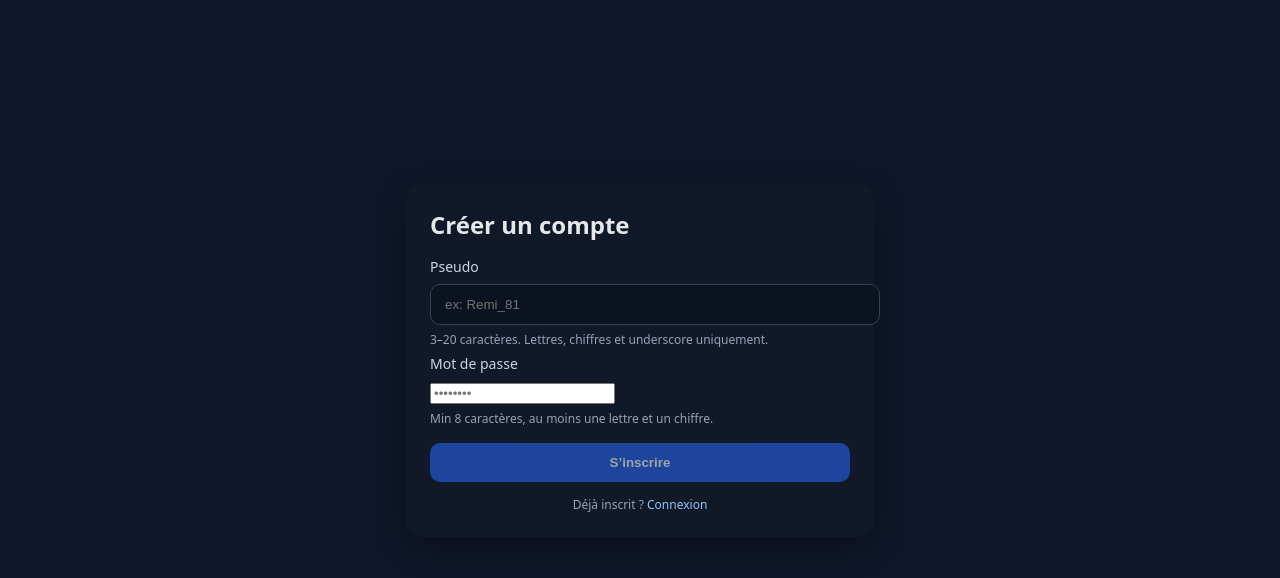
Repository: remi77130/loi-direct
Page: http://localhost/loi/register.php
These files come from the project's save history. The page is drawn as it stood at one moment and after the next save; the edit follows.
The browser window is 1280 px wide. The pictures show the whole page.
The page is run by PHP 8.4 with error messages shown; the project is at /var/www/html/.

Above is the page before, as saved 2025-09-24 15:50:16.

After the next save:
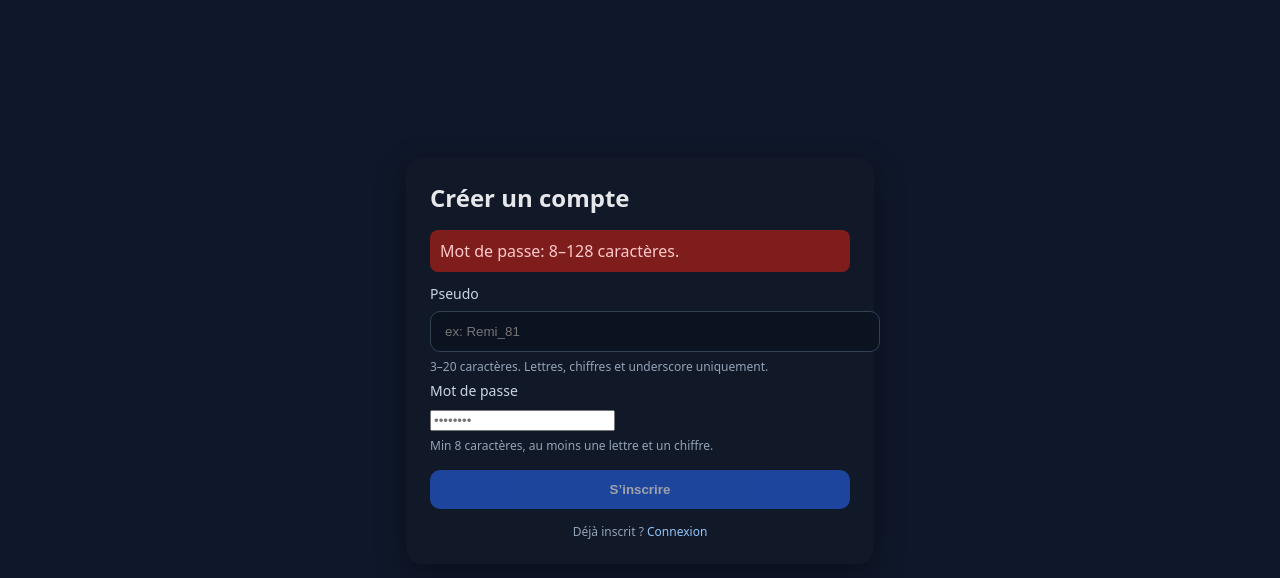
Saved 2 min 19 s later.
--- a/register.php
+++ b/register.php
@@ -69,7 +69,33 @@
     }
 
 
-
+// … validations existantes …
+$pass1 = (string)($_POST['password'] ?? '');
+$pass2 = (string)($_POST['password_confirm'] ?? '');
+
+if (mb_strlen($pass1) < 8 || mb_strlen($pass1) > 128) {
+  $errors[] = "Mot de passe: 8–128 caractères.";
+}
+if ($pass1 !== $pass2) {
+  $errors[] = "Les mots de passe ne correspondent pas.";
+}
+
+if (!$errors) {
+  $hash = password_hash($pass1, PASSWORD_DEFAULT);
+  $ins = $mysqli->prepare('INSERT INTO users (pseudo, password_hash) VALUES (?, ?)');
+  if (!$ins) { $errors[]="Erreur serveur"; error_log("register prepare: ".$mysqli->error); }
+  else {
+    $ins->bind_param('ss', $pseudo, $hash);
+    if ($ins->execute()) {
+      session_regenerate_id(true);
+      $_SESSION['user_id'] = $ins->insert_id;
+      $_SESSION['pseudo']  = $pseudo;
+      header('Location: '.rtrim(APP_BASE,'/').'/index.php', true, 303);
+      exit;
+    } else { $errors[]="Erreur serveur"; error_log("register exec: ".$ins->error); }
+    $ins->close();
+  }
+}
 
 ?>
 <!doctype html>

After the save that followed:
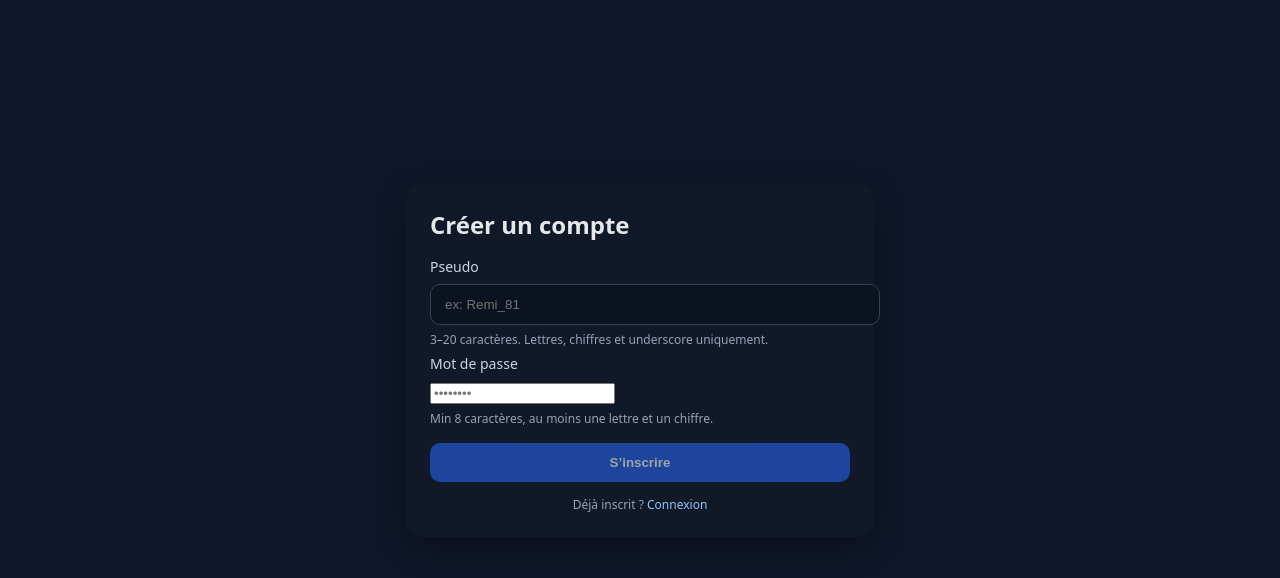
Saved 99 s later.
--- a/register.php
+++ b/register.php
@@ -21,55 +21,7 @@
 }
 
 else {
-        $pseudo = trim($_POST['pseudo'] ?? '');
-        $password = (string)($_POST['password'] ?? '');
-
-        // Règles: 3-20, alphanum + underscore
-        if (!preg_match('/^[A-Za-z0-9_]{3,20}$/', $pseudo)) {
-            $errors[] = "Le pseudo doit faire 3 à 20 caractères (lettres, chiffres, underscore).";
-        } else {
-            // Dispo serveur
-            $stmt = $mysqli->prepare('SELECT 1 FROM users WHERE pseudo = ? LIMIT 1');
-            $stmt->bind_param('s', $pseudo);
-            $stmt->execute();
-            $stmt->store_result();
-            if ($stmt->num_rows > 0) {
-                $errors[] = "Ce pseudo est déjà pris.";
-            }
-            $stmt->close();
-        }
-
-
-// password basic rules
-        if (mb_strlen($password) < 8) {
-            $errors[] = "Le mot de passe doit faire au minimum 8 caractères.";
-        } elseif (!preg_match('/[A-Za-z]/', $password) || !preg_match('/\d/', $password)) {
-            $errors[] = "Le mot de passe doit contenir au moins une lettre et un chiffre.";
-        }
-
-        $hash = password_hash($password, PASSWORD_DEFAULT);
-            $ins = $mysqli->prepare('INSERT INTO users (pseudo, password_hash) VALUES (?, ?)');
-            $ins->bind_param('ss', $pseudo, $hash);
-            if ($ins->execute()) {
-                session_regenerate_id(true);
-                $_SESSION['user_id'] = $mysqli->insert_id;
-                $_SESSION['pseudo']  = $pseudo;
-                $_SESSION['flash_success'] = random_punchline($pseudo);
-                $ins->close();
-                header('Location: ' . rtrim(APP_BASE, '/') . '/index.php', true, 303);
-                exit;
-
-
-}
-else {
-                $errors[] = "Échec d’inscription (BDD).";
-            }
-            $ins->close();
-        }
-    }
-
-
-// … validations existantes …
+        // … validations existantes …
 $pass1 = (string)($_POST['password'] ?? '');
 $pass2 = (string)($_POST['password_confirm'] ?? '');
 
@@ -96,6 +48,15 @@
     $ins->close();
   }
 }
+else {
+                $errors[] = "Échec d’inscription (BDD).";
+            }
+            $ins->close();
+        }
+    }
+
+
+
 
 ?>
 <!doctype html>
